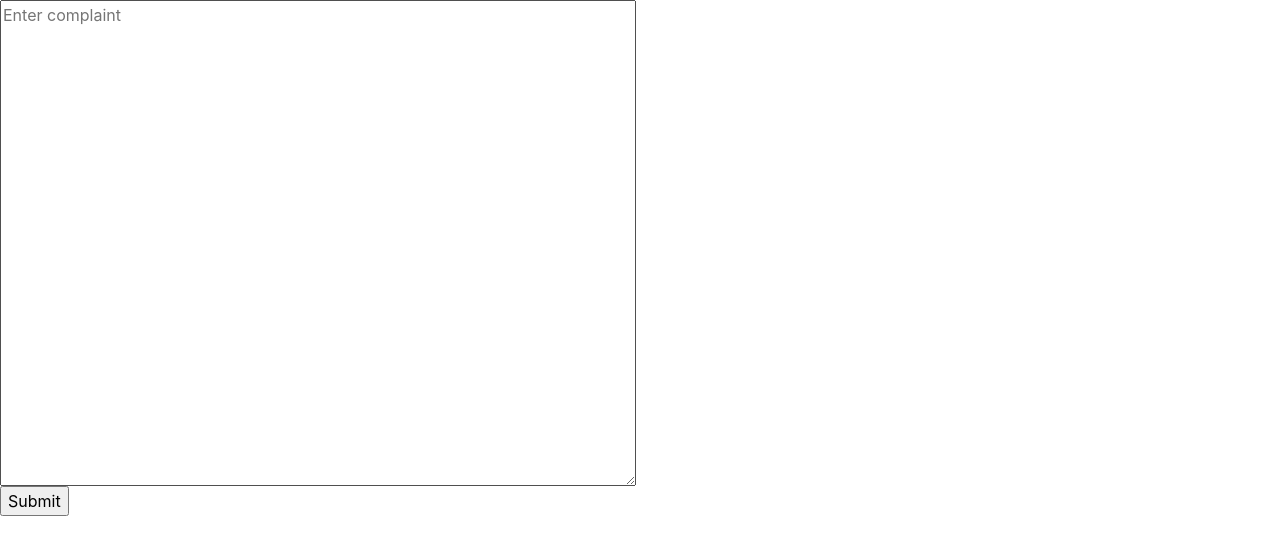
Repository: mkejeiri/Java-Entreprise
Page: http://localhost/complaintsystem/helloWorld
These files come from the project's save history. The page is drawn as it stood at one moment and after the next save; the edit follows.
The browser window is 1280 px wide. The pictures show the whole page.
The page is served by Tomcat 9. Other server files are loaded and not shown.

Above is the page before, as saved 2018-05-10 19:04:36.

### complaintsystem/complaintsystem/WebContent/WEB-INF/HelloWorld.jsp
<%@ page language="java" contentType="text/html; charset=UTF-8"
    pageEncoding="UTF-8"%>
<!DOCTYPE html PUBLIC "-//W3C//DTD HTML 4.01 Transitional//EN" "http://www.w3.org/TR/html4/loose.dtd">
<html>
<head>
<meta http-equiv="Content-Type" content="text/html; charset=UTF-8">
<link rel="stylesheet" href="https://stackpath.bootstrapcdn.com/bootstrap/4.1.1/css/bootstrap.min.css" integrity="sha384-WskhaSGFgHYWDcbwN70/dfYBj47jz9qbsMId/iRN3ewGhXQFZCSftd1LZCfmhktB" crossorigin="anonymous">


<title>Insert title here</title>
</head>
<body>
	<form action="/complaintsystem/submitComplaint" method="post">
		<textarea name="complaint" cols="60" rows="20" placeholder="Enter complaint"></textarea> <br/>

		<input type="submit" value="Submit">

	</form>
	 <script src="https://code.jquery.com/jquery-3.3.1.slim.min.js" integrity="sha384-q8i/X+965DzO0rT7abK41JStQIAqVgRVzpbzo5smXKp4YfRvH+8abtTE1Pi6jizo" crossorigin="anonymous"></script>
    <script src="https://cdnjs.cloudflare.com/ajax/libs/popper.js/1.14.3/umd/popper.min.js" integrity="sha384-ZMP7rVo3mIykV+2+9J3UJ46jBk0WLaUAdn689aCwoqbBJiSnjAK/l8WvCWPIPm49" crossorigin="anonymous"></script>
    <script src="https://stackpath.bootstrapcdn.com/bootstrap/4.1.1/js/bootstrap.min.js" integrity="sha384-smHYKdLADwkXOn1EmN1qk/HfnUcbVRZyYmZ4qpPea6sjB/pTJ0euyQp0Mk8ck+5T" crossorigin="anonymous"></script>
</body>
</html>

After the next save:
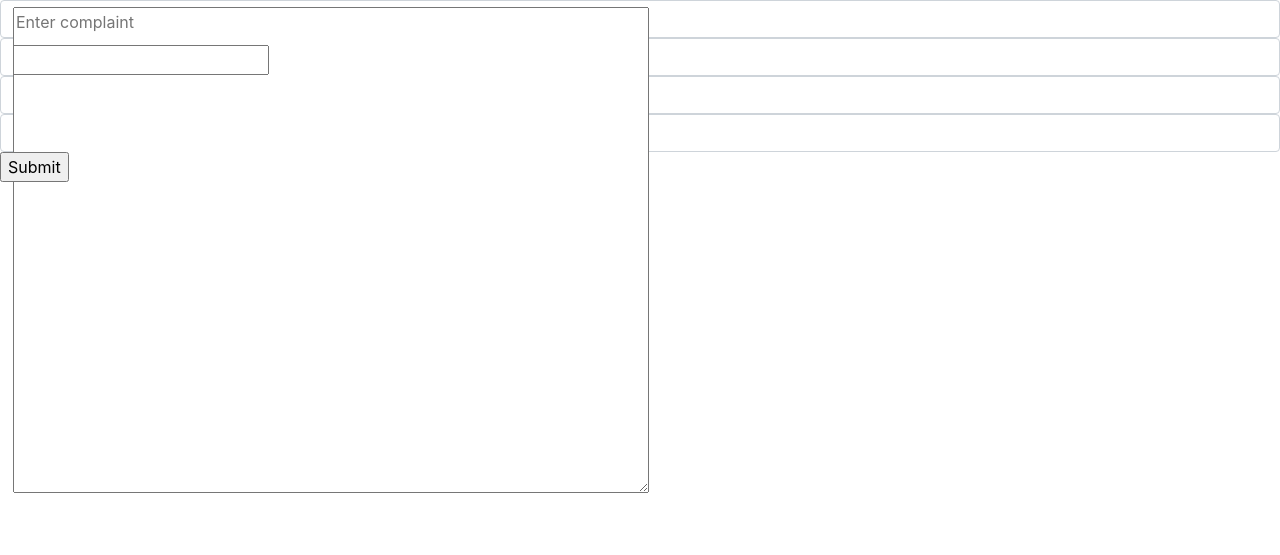
Saved 119 s later.
--- a/complaintsystem/complaintsystem/WebContent/WEB-INF/HelloWorld.jsp
+++ b/complaintsystem/complaintsystem/WebContent/WEB-INF/HelloWorld.jsp
@@ -10,8 +10,19 @@
 <title>Insert title here</title>
 </head>
 <body>
-	<form action="/complaintsystem/submitComplaint" method="post">
+	<form action="/complaintsystem/submitComplaint" method="post" class="form-group">
+	<div class="form-control">
 		<textarea name="complaint" cols="60" rows="20" placeholder="Enter complaint"></textarea> <br/>
+	</div>
+	<div class="form-control">
+		<input type="email" name="email">
+	</div>
+	<div class="form-control">
+
+	</div>
+	<div class="form-control">
+
+	</div>
 
 		<input type="submit" value="Submit">
 
